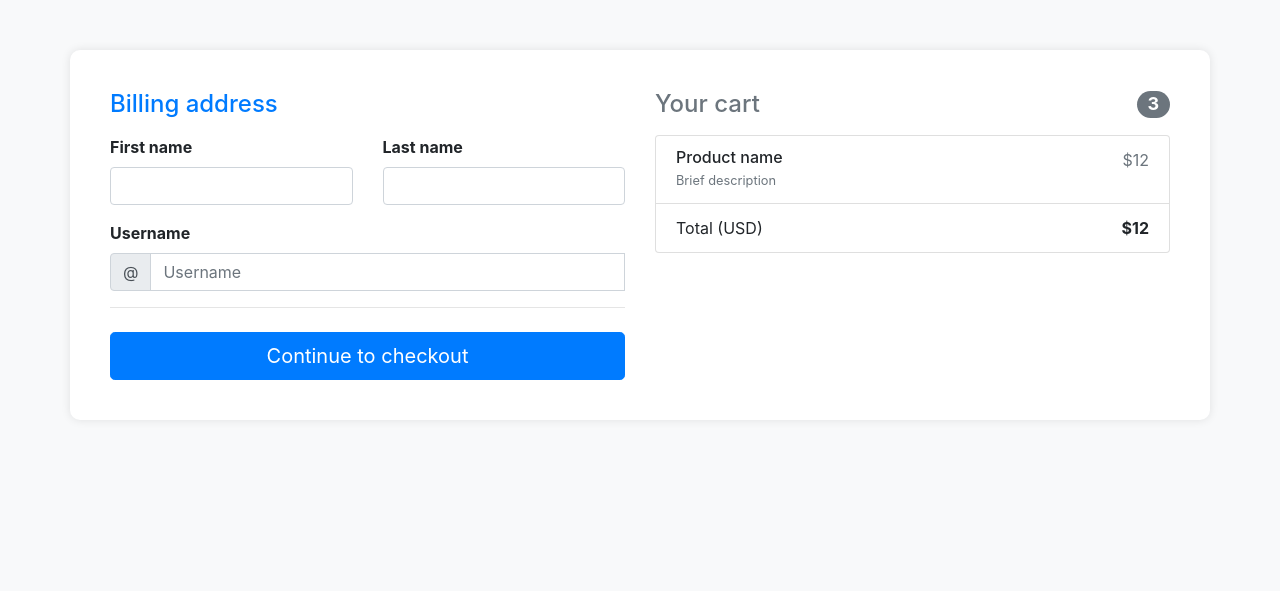
Repository: Szers222/MyProject
Page: http://localhost/MyProject/checkout.jsp
The author's editor kept a copy of each file at every save. The page is drawn from the files as they stood at one save, then again after the next save.
The browser window is 1280 px wide. The pictures show the whole page.
The page is served by Tomcat 10. Other server files are loaded and not shown.

Above is the page before, as saved 2023-12-13 10:36:52.

### MyProject/src/main/webapp/checkout.jsp
<!DOCTYPE html>
<html lang="en">
<head>
  <meta charset="UTF-8">
  <meta name="viewport" content="width=device-width, initial-scale=1, shrink-to-fit=no">
  <title>Checkout</title>
  <link rel="stylesheet" href="https://stackpath.bootstrapcdn.com/bootstrap/4.5.2/css/bootstrap.min.css">
  <style>
    body {
      background-color: #f8f9fa;
    }
    .container {
      background-color: #ffffff;
      box-shadow: 0 0 10px rgba(0, 0, 0, 0.1);
      border-radius: 10px;
      padding: 40px;
      margin-top: 50px;
    }
    h4 {
      color: #007bff;
    }
    label {
      font-weight: bold;
    }
    .btn-primary {
      background-color: #007bff;
      border-color: #007bff;
    }
    .btn-primary:hover {
      background-color: #0056b3;
      border-color: #0056b3;
    }
  </style>
</head>
<body>

<div class="container">
  <div class="row">
    <div class="col-md-6 order-md-2 mb-4">
      <h4 class="d-flex justify-content-between align-items-center mb-3">
        <span class="text-muted">Your cart</span>
        <span class="badge badge-secondary badge-pill">3</span>
      </h4>
      <ul class="list-group mb-3">
        <li class="list-group-item d-flex justify-content-between lh-condensed">
          <div>
            <h6 class="my-0">Product name</h6>
            <small class="text-muted">Brief description</small>
          </div>
          <span class="text-muted">$12</span>
        </li>
        <!-- Add more items as needed -->
        <li class="list-group-item d-flex justify-content-between">
          <span>Total (USD)</span>
          <strong>$12</strong>
        </li>
      </ul>
    </div>
    <div class="col-md-6 order-md-1">
      <h4 class="mb-3">Billing address</h4>
      <form class="needs-validation" novalidate>
        <div class="row">
          <div class="col-md-6 mb-3">
            <label for="firstName">First name</label>
            <input type="text" class="form-control" id="firstName" placeholder="" value="" required>
            <div class="invalid-feedback">
              Valid first name is required.
            </div>
          </div>
          <div class="col-md-6 mb-3">
            <label for="lastName">Last name</label>
            <input type="text" class="form-control" id="lastName" placeholder="" value="" required>
            <div class="invalid-feedback">
              Valid last name is required.
            </div>
          </div>
        </div>

        <div class="mb-3">
          <label for="username">Username</label>
          <div class="input-group">
            <div class="input-group-prepend">
              <span class="input-group-text">@</span>
            </div>
            <input type="text" class="form-control" id="username" placeholder="Username" required>
            <div class="invalid-feedback" style="width: 100%;">
              Your username is required.
            </div>
          </div>
        </div>

        <!-- Add more input fields for address, payment details, etc. -->

        <hr class="mb-4">
        <button class="btn btn-primary btn-lg btn-block" type="submit">Continue to checkout</button>
      </form>
    </div>
  </div>
</div>

<script src="https://code.jquery.com/jquery-3.5.1.slim.min.js"></script>
<script src="https://cdn.jsdelivr.net/npm/@popperjs/core@2.9.1/dist/umd/popper.min.js"></script>
<script src="https://stackpath.bootstrapcdn.com/bootstrap/4.5.2/js/bootstrap.min.js"></script>
</body>
</html>

After the next save:
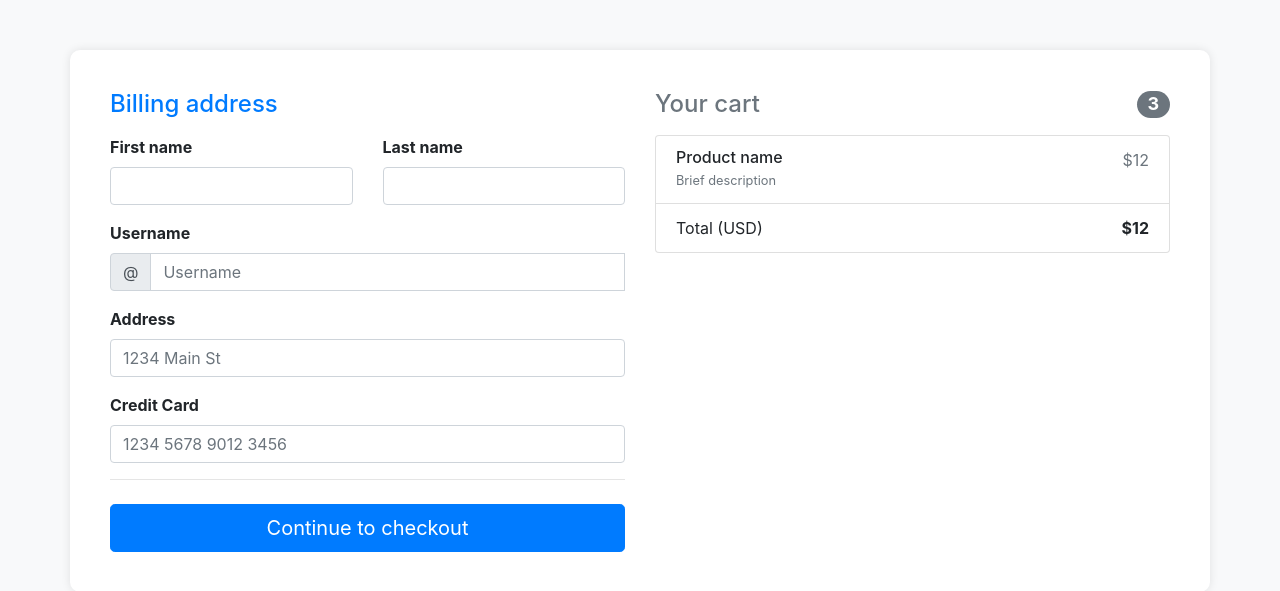
Saved 7 min 5 s later.
--- a/MyProject/src/main/webapp/checkout.jsp
+++ b/MyProject/src/main/webapp/checkout.jsp
@@ -89,7 +89,23 @@
           </div>
         </div>
 
-        <!-- Add more input fields for address, payment details, etc. -->
+        <!-- Additional input fields for billing address -->
+        <div class="mb-3">
+          <label for="address">Address</label>
+          <input type="text" class="form-control" id="address" placeholder="1234 Main St" required>
+          <div class="invalid-feedback">
+            Please enter your shipping address.
+          </div>
+        </div>
+
+        <!-- Additional input fields for payment details -->
+        <div class="mb-3">
+          <label for="creditCard">Credit Card</label>
+          <input type="text" class="form-control" id="creditCard" placeholder="1234 5678 9012 3456" required>
+          <div class="invalid-feedback">
+            Please enter your credit card number.
+          </div>
+        </div>
 
         <hr class="mb-4">
         <button class="btn btn-primary btn-lg btn-block" type="submit">Continue to checkout</button>
